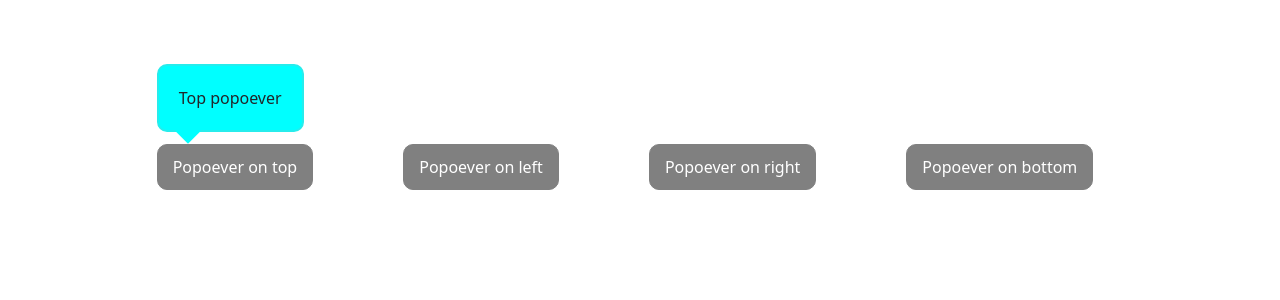
Repository: 1509Long/1509long.github.io
Page: exam.html
The author's editor kept a copy of each file at every save. The page is drawn from the files as they stood at one save, then again after the next save.
The browser window is 1280 px wide. The pictures show the whole page.
After loading, the first visible `#button` was clicked once.

Above is the page before, as saved 2022-05-24 21:46:34.

After the next save:
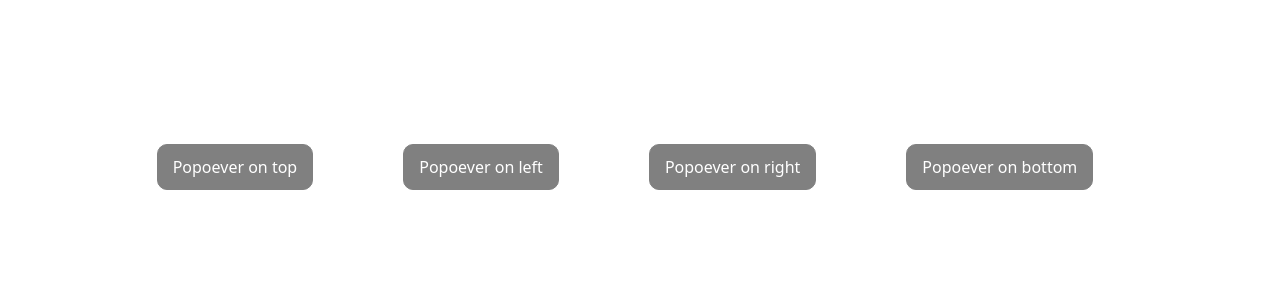
Saved 7 s later.
--- a/exam.html
+++ b/exam.html
@@ -151,7 +151,7 @@
         let click = document.getElementById("top");
         console.log(click);
         click.classList.toggle("toggle-top");
-        // click.classList.toggle("arrow");
+        click.classList.toggle("arrow");
       }
 
       function boxB() {

After the save that followed:
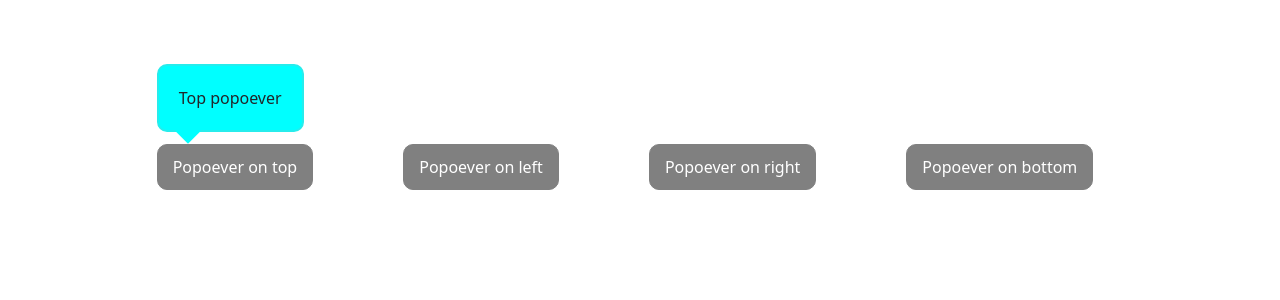
Saved 50 s later.
--- a/exam.html
+++ b/exam.html
@@ -151,7 +151,7 @@
         let click = document.getElementById("top");
         console.log(click);
         click.classList.toggle("toggle-top");
-        click.classList.toggle("arrow");
+        // click.classList.toggle("arrow");
       }
 
       function boxB() {
